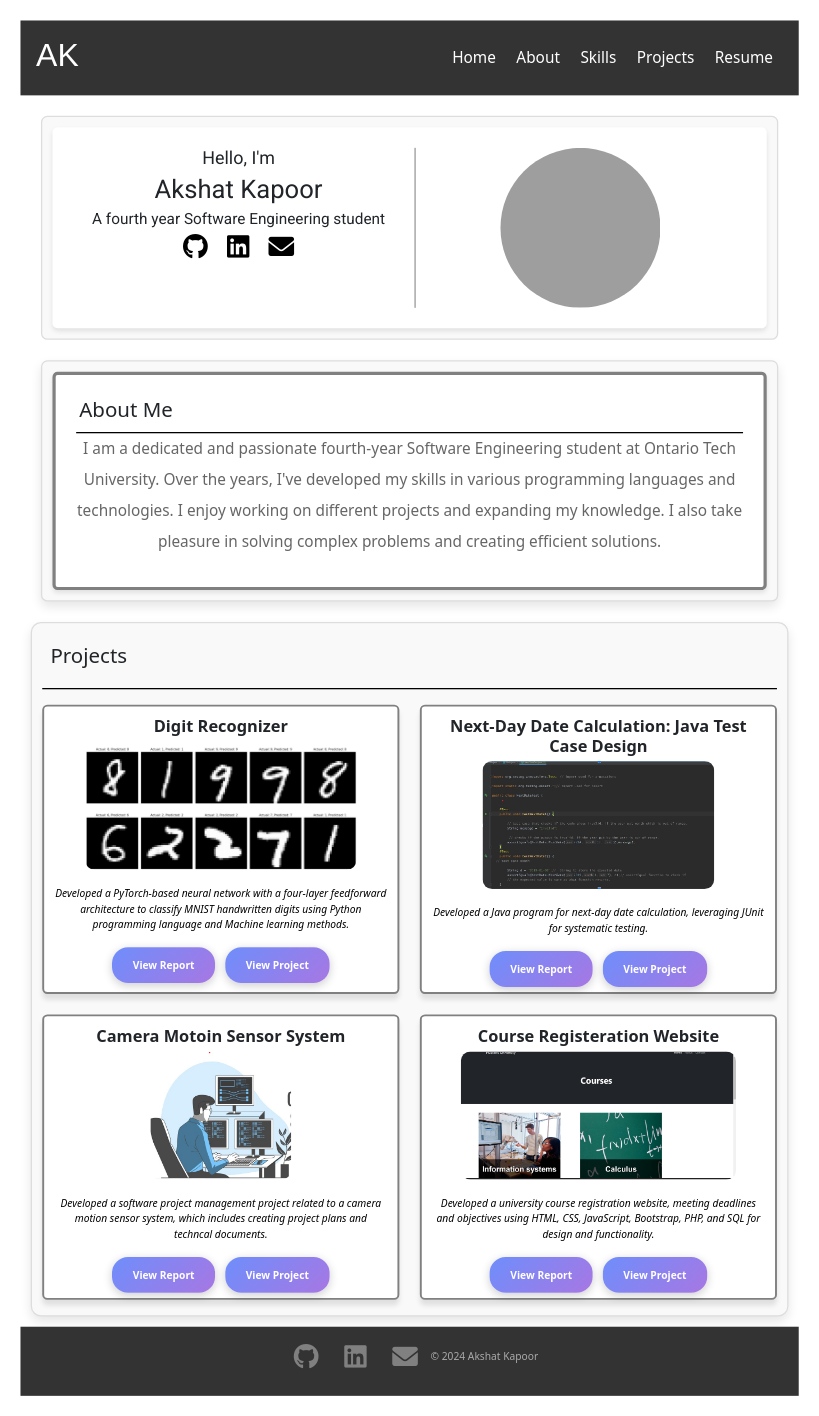
Repository: AkshatKapo/My-Portfolio
Page: /
The author's editor kept a copy of each file at every save. The page is drawn from the files as they stood at one save, then again after a run of saves.
The browser window is 1280 px wide. The pictures show the whole page, at 64% of full size.
Pictures or frames that could not be fetched are drawn as grey boxes. The project was rebuilt for these pictures with package versions that can differ from the ones it lists, and the page was loaded fresh each time. Also part of the build but not shown: vite.config.js.

Above is the page before, as saved 2024-06-13 16:01:21.

After the next 5 saves:
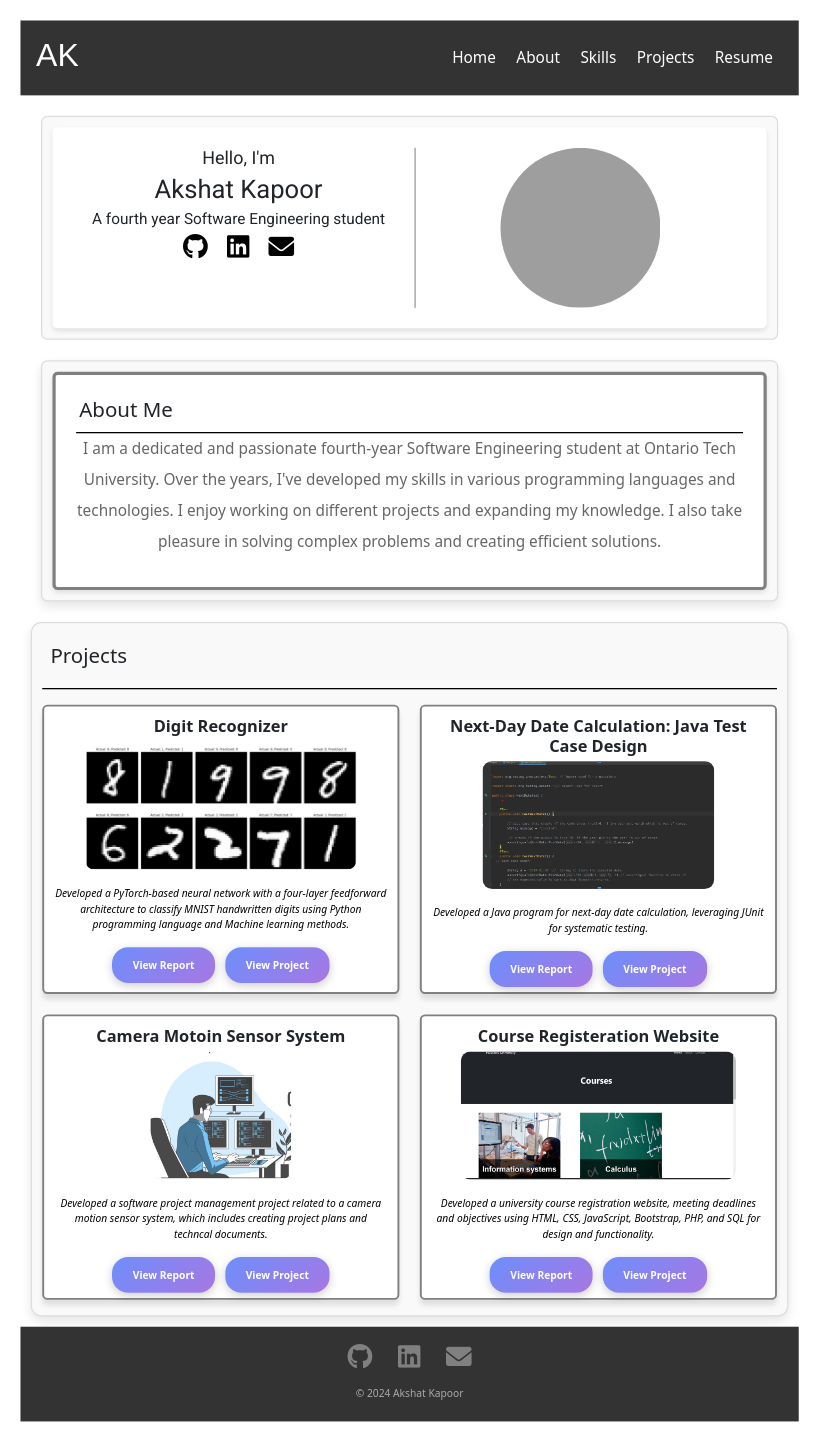
The 5 saves are shown as one change because they came seconds apart.
The last was saved 31 s later.
--- a/src/components/Contact.jsx
+++ b/src/components/Contact.jsx
@@ -34,8 +34,9 @@ const Contact = () => {
             </a>
           </li>
         </ul>
-        <p className="footer-copy">© 2024 Akshat Kapoor</p>
+
       </div>
+      <p className="footer-copy">© 2024 Akshat Kapoor</p>
     </footer>
   );
 };
